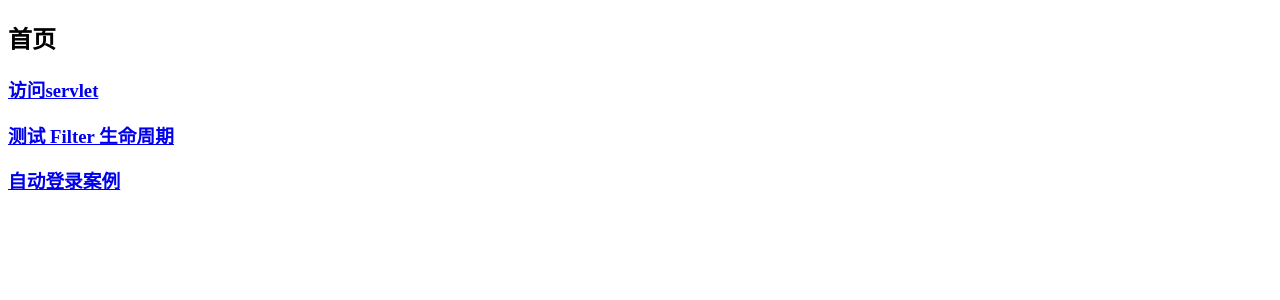
Repository: iamsongpeng/java-web-demo
Page: http://localhost/java-web-demo-filter/
These files come from the project's save history. The page is drawn as it stood at one moment and after the next save; the edit follows.
The browser window is 1280 px wide. The pictures show the whole page.
The page is served by Tomcat 9.

Above is the page before, as saved 2017-06-12 16:35:49.

After the next save:
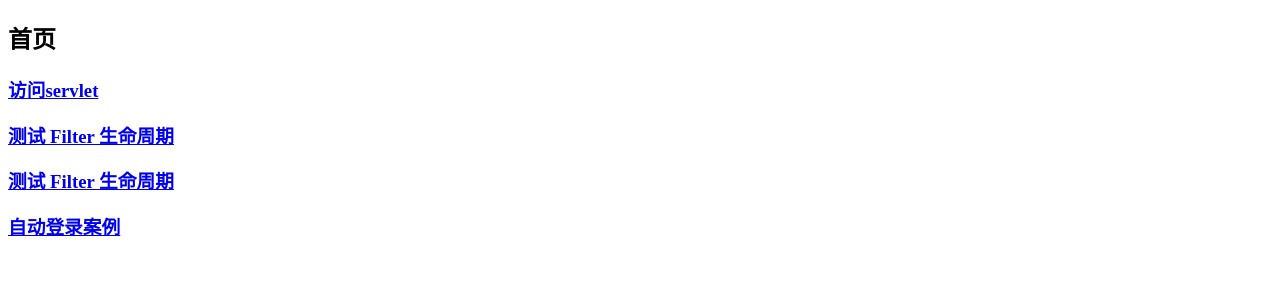
Saved 2 min 10 s later.
--- a/java-web-demo-filter/WebContent/index.jsp
+++ b/java-web-demo-filter/WebContent/index.jsp
@@ -10,6 +10,7 @@
 	<h2>首页</h2>
 	<h3><a href="${pageContext.request.contextPath }/hello">访问servlet</a></h3>
 	<h3><a href="${pageContext.request.contextPath }/demo01/lifecycle.jsp">测试 Filter 生命周期</a></h3>
+	<h3><a href="${pageContext.request.contextPath }/demo01/encoding.jsp">测试 Filter 生命周期</a></h3>
 	<h3><a href="${pageContext.request.contextPath }/demo02/index.jsp">自动登录案例</a></h3>
 </body>
 </html>
